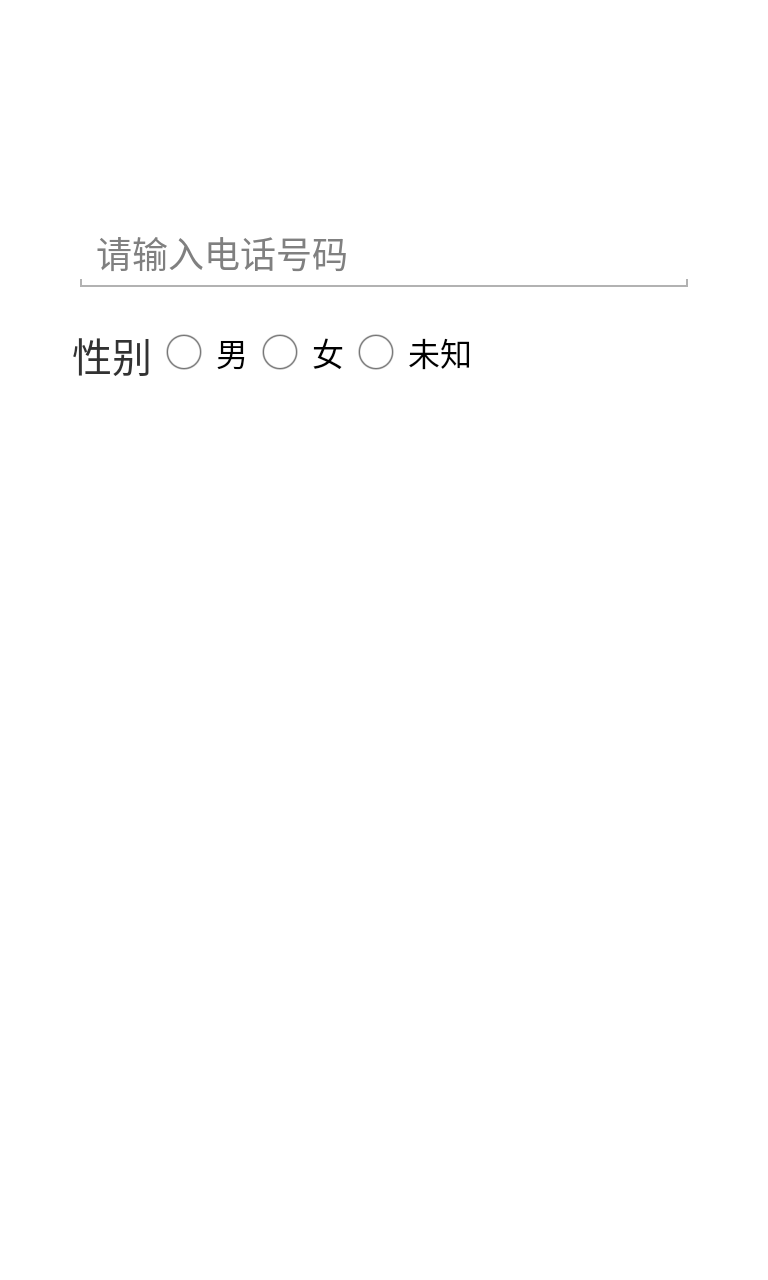
Repository: sonyi/androidClass
Layout: day04/PhoneDemo/res/layout/activity_main.xml
The author's editor kept a copy of each file at every save. The layout is drawn from the files as they stood at one save, then again after the next save.
It is drawn on a 768 x 1280 px phone screen (xhdpi) without system bars, with theme AppTheme; the app's code is not run.

Above is the layout before, as saved 2014-05-29 09:52:11.

### day04/PhoneDemo/res/layout/activity_main.xml
<RelativeLayout xmlns:android="http://schemas.android.com/apk/res/android"
    xmlns:tools="http://schemas.android.com/tools"
    android:layout_width="match_parent"
    android:layout_height="match_parent"
    android:orientation="vertical"
    android:paddingBottom="@dimen/activity_vertical_margin"
    android:paddingLeft="@dimen/activity_horizontal_margin"
    android:paddingRight="@dimen/activity_horizontal_margin"
    android:paddingTop="@dimen/activity_vertical_margin"
    tools:context=".MainActivity" >

    <Gallery
        android:id="@+id/gallery"
        android:layout_width="80dp"
        android:layout_height="80dp"
        android:layout_centerHorizontal="true" />

    <AutoCompleteTextView
        android:id="@+id/phone_number"
        android:layout_width="match_parent"
        android:layout_height="wrap_content"
        android:layout_below="@id/gallery"
        android:layout_marginLeft="20dp"
        android:layout_marginRight="20dp"
        android:layout_marginTop="10dp"
        android:hint="@string/ph_num_hider"
        android:inputType="phone"
        android:maxLength="11" />

    <TextView
        android:id="@+id/tv_sex"
        android:layout_width="wrap_content"
        android:layout_height="wrap_content"
         android:layout_marginTop="15dp"
        android:layout_marginLeft="20dp"
        android:textSize="20dp"
        android:layout_below="@id/phone_number"
        android:text="@string/sex" />

    <RadioGroup
        android:id="@+id/rg_sex"
        android:layout_width="match_parent"
        android:layout_height="wrap_content"

        android:layout_toRightOf="@id/tv_sex"

        android:layout_alignBottom="@id/tv_sex"
        android:orientation="horizontal" >

        <RadioButton
            android:id="@+id/rb_male"
            android:layout_width="wrap_content"
            android:layout_height="wrap_content"
            android:text="@string/male" />
        <RadioButton
            android:id="@+id/rb_female"
            android:layout_width="wrap_content"
            android:layout_height="wrap_content"
            android:text="@string/female" />

        <RadioButton
            android:id="@+id/rb_unknown"
            android:layout_width="wrap_content"
            android:layout_height="wrap_content"
            android:text="@string/unknown" />


    </RadioGroup>

</RelativeLayout>

### day04/PhoneDemo/res/values/strings.xml
<?xml version="1.0" encoding="utf-8"?>
<resources>

    <string name="app_name">电话号码输入界面</string>
    <string name="action_settings">Settings</string>
    <string name="ph_num_hider">请输入电话号码</string>
    <string name="sex">性别</string>
    <string name="male">男</string>
    <string name="female">女</string>
    <string name="unknown">未知</string>

</resources>

Loaded but not shown: day04/PhoneDemo/res/values/styles.xml (common file); day04/PhoneDemo/res/values-v11/styles.xml (common file); day04/PhoneDemo/res/values-v14/styles.xml (common file); day04/PhoneDemo/res/values/dimens.xml (common file)

After the next save:
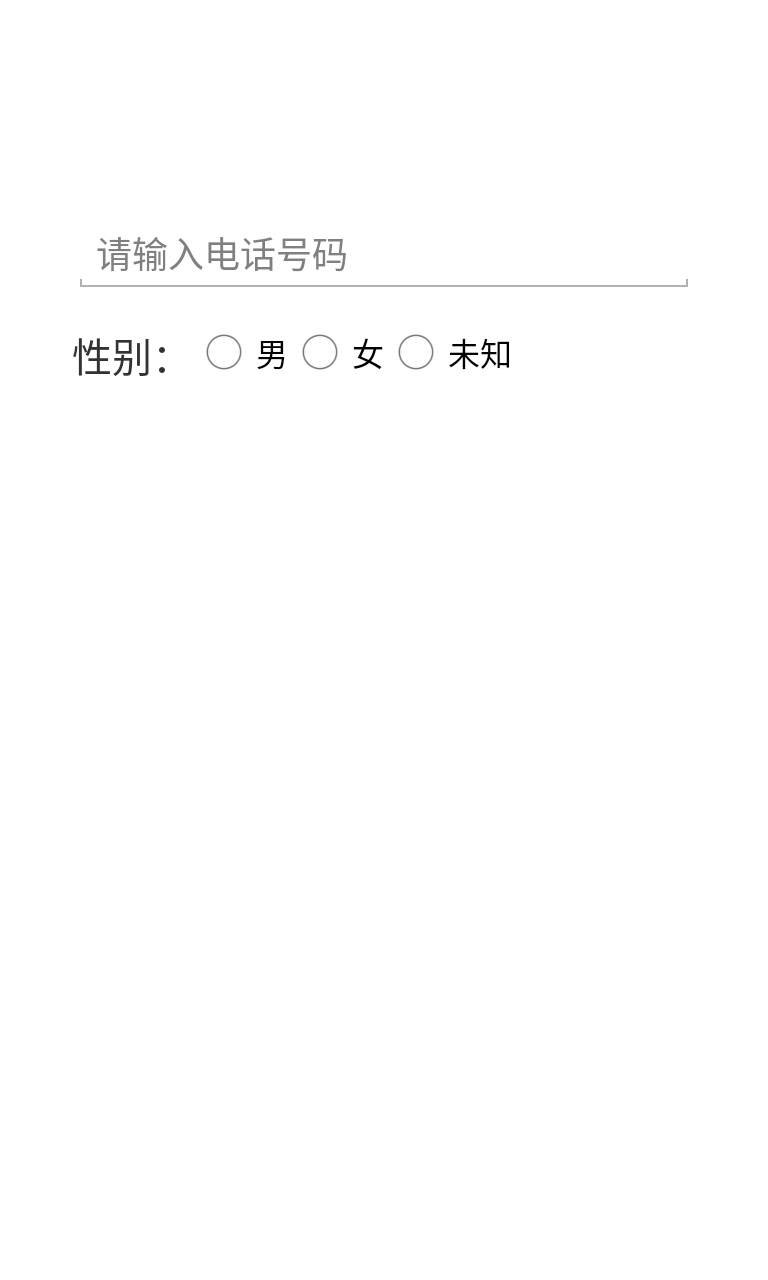
Saved 5 s later.
--- a/day04/PhoneDemo/res/values/strings.xml
+++ b/day04/PhoneDemo/res/values/strings.xml
@@ -4,7 +4,7 @@
     <string name="app_name">电话号码输入界面</string>
     <string name="action_settings">Settings</string>
     <string name="ph_num_hider">请输入电话号码</string>
-    <string name="sex">性别</string>
+    <string name="sex">性别：</string>
     <string name="male">男</string>
     <string name="female">女</string>
     <string name="unknown">未知</string>
